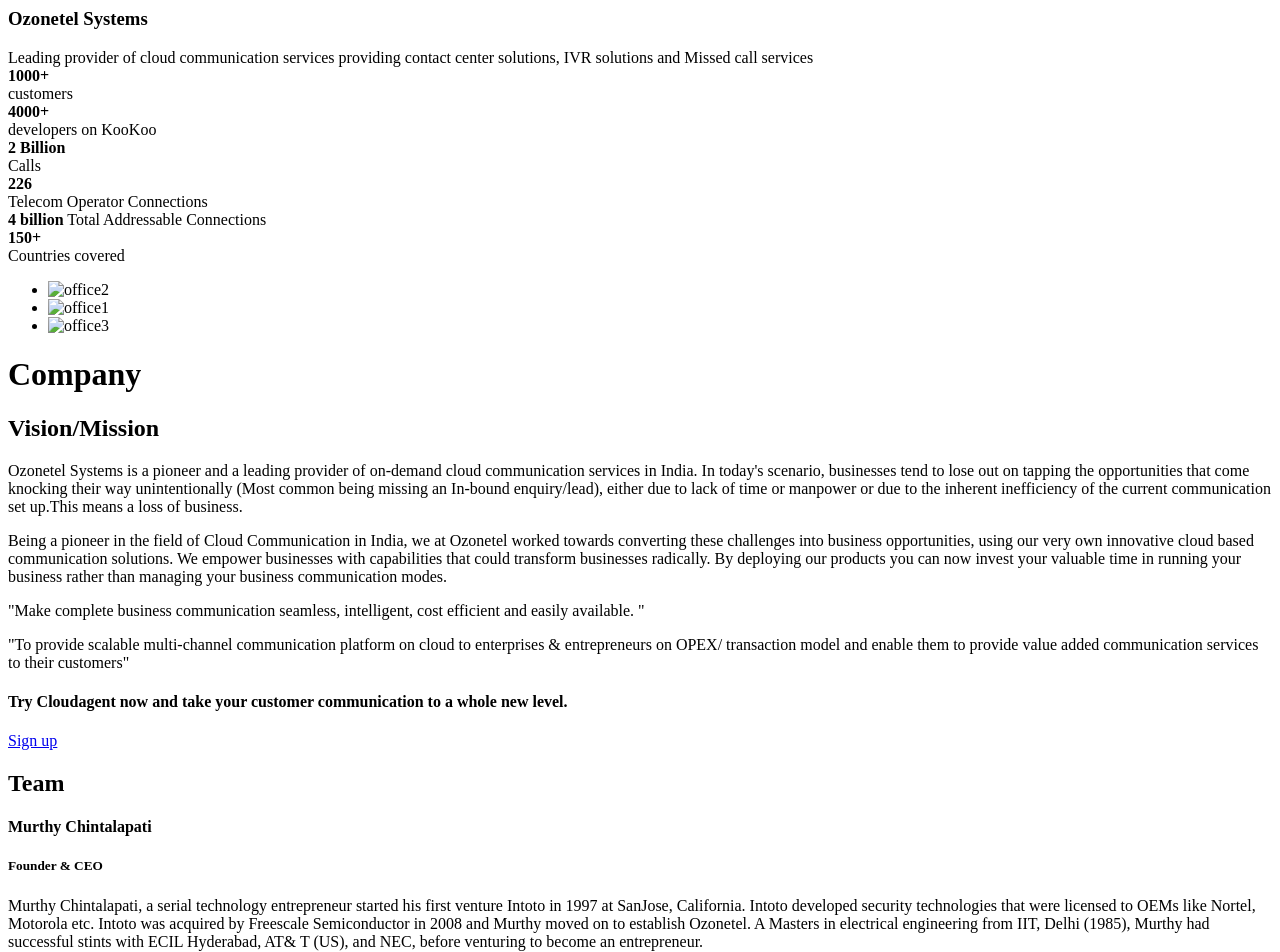
Repository: ashutosh238/ozonetelblogsite
Page: OzonetelBlogSiteFrontEnd/Web/c_aboutUs/AboutUs.html
These files come from the project's save history. The page is drawn as it stood at one moment and after the next save; the edit follows.
The browser window is 1280 px wide. The pictures show the part of the page from y = 0 to 952 px (the page is 2271 px tall before and 2122 px after).
A picture or video elsewhere on the page could not be fetched, so the positions and the page height are approximate.

Above is the page before, as saved 2019-01-08 11:37:06.
Not found: OzonetelBlogSiteFrontEnd/Web/c_aboutUs/images/ozooffice1.png
Not found: OzonetelBlogSiteFrontEnd/Web/c_aboutUs/images/ozooffice2.png
Not found: OzonetelBlogSiteFrontEnd/Web/c_aboutUs/images/ozooffice3.png

### OzonetelBlogSiteFrontEnd/Web/c_aboutUs/AboutUs.html
<div id="slider">
		<div class="container">
			<div class="row header">
				<div class="col-md-12">
					<h3>Ozonetel Systems</h3>
					<div>
						Leading provider of cloud communication services providing contact center solutions, IVR solutions and Missed call services
					</div>

				</div>
			</div>
			<div id="info">
				<div class="row stats">
					<div class="col-sm-2">
						<strong>1000+</strong><br/>
						customers
					</div>
					<div class="col-sm-2">
						<strong>4000+</strong><br/>
						developers on KooKoo
					</div>
					<div class="col-sm-2">
						<strong>2 Billion</strong><br/>
						Calls
					</div>
					<div class="col-sm-2">
						<strong>226</strong><br/>
						Telecom Operator Connections
					</div>
					<div class="col-sm-2">
						<strong>4 billion</strong>
						 Total Addressable Connections
					</div>
					<div class="col-sm-2">
						<strong>150+</strong>
						<br/>Countries covered</div>
				</div>
			</div>
			<div class="row">
				<div class="col-md-12">
					<div class="flexslider">
					  	<ul class="slides">
						    <li>
						      	<img src="images/ozooffice2.png" alt="office2" />
						    </li>
						    <li>
						      	<img src="images/ozooffice1.png" alt="office1" />
						    </li>
						    <li>
						      	<img src="images/ozooffice3.png" alt="office3" />
						    </li>
					  	</ul>
					</div>
				</div>
			</div>
		</div>
	</div>

	<div id="info">
		<div class="container">
			<div class="row">
				<div class="col-md-6">
					<h1>Company</h1>
				</div>
				<div class="col-md-6">
					<h2>Vision/Mission</h2>
				</div>
			</div>
			<div class="row">
				<div class="col-md-6">
					<p>
						Ozonetel Systems is a pioneer and a leading provider of on-demand cloud communication services in India.
						In today's scenario, businesses tend to lose out on tapping the opportunities that come knocking their
						way unintentionally (Most common being missing an In-bound enquiry/lead),
						either due to lack of time or manpower or due to the inherent inefficiency of the current
						communication set up.This means a loss of business.
					</p>
					<p>
						Being a pioneer in the field of Cloud Communication in India,
						we at Ozonetel worked towards converting these challenges into business opportunities,
						using our very own innovative cloud based communication solutions.
						We empower businesses with capabilities that could transform businesses radically.
						By deploying our products you can now invest your valuable time in running your business rather
						than managing your business communication modes.
					</p>
				</div>
				<div class="col-md-6">
					<!--<p>Vision</p>-->
					<p>
						"Make complete business communication seamless,
 intelligent, cost efficient and easily available.
"
					</p>
					<!--<p>Mission</p>-->
					<p>"To provide scalable multi-channel
						communication platform on cloud to
						enterprises &
						entrepreneurs on OPEX/
						transaction model and enable
						them to provide value
						added communication services to their
						customers"
					</p>
					<!--<a href="aboutus.html#" class="join-team button button-small">Join our team</a>-->
				</div>
			</div>


			<div id="cta">
				<div class="container">
					<div class="row">
						<div class="col-md-12">
							<div class="wrapper clearfix">
								<h4>Try Cloudagent now and take your customer communication to a whole new level.</h4>
								<a href="signup.html" class="button button-small">Sign up</a>
							</div>
						</div>
					</div>
				</div>
			</div>

			<div class="row team">
				<!--<div class="col-md-12 team-row">
					<img src="images/testimonials/testimonial1.jpg" data-toggle="tooltip" title="Eric Smith - CEO" alt="testimonial" />
					<img src="images/testimonials/testimonial2.jpg" data-toggle="tooltip" title="Rachel Dawes - PM" alt="testimonial" />
					<img src="images/testimonials/testimonial3.jpg" data-toggle="tooltip" title="Henry Hill - Developer" alt="testimonial" />
					<img src="images/testimonials/testimonial4.jpg" data-toggle="tooltip" title="Ana Rich - Designer" alt="testimonial" />
					<img src="images/testimonials/testimonial7.jpg" data-toggle="tooltip" title="Jessica Welch - Designer" alt="testimonial" />
					<img src="images/testimonials/testimonial8.jpg" data-toggle="tooltip" title="Charly - iOS Developer" alt="testimonial" />
				</div>-->
				<div class="col-md-12 team-row">
					<!--<div class="col-md-12" style="background-image:linear-gradient(to bottom, #006DCC 1%, #064984 50%) !important">-->
					<div class="col-md-12">
						<h2>Team</h2>
					</div>
					<div class="col-md-6">
						<h4 class="text-primary">Murthy Chintalapati</h4>
						<h5 class="text-primary">Founder & CEO</h5>
						Murthy Chintalapati, a serial technology entrepreneur started his first venture Intoto in 1997 at
						SanJose, California. Intoto developed security technologies that were licensed to OEMs like Nortel, Motorola etc.
						Intoto was acquired by Freescale Semiconductor in 2008 and Murthy moved on to establish Ozonetel.
						A Masters in electrical engineering from IIT, Delhi (1985), Murthy had successful stints with ECIL Hyderabad,
						AT& T (US), and NEC, before venturing to become an entrepreneur.
					</div>
					<div class="col-md-6">
						<h4 class="text-primary">Atul Sharma</h4>
						<h5 class="text-primary">Co Founder & CTO</h5>
						Atul, a product architect, is the catalyst behind the KooKoo Enterprise platform.
						He comes with 14+ years of experience in building solutions in enterprise telecom space.
						His stints in the US with Avaya, AT&T and Tellme meant immense exposure to and vast experience
						in handling Lucent, Avaya, CISCO, Nortel & other Telecom products.
						Atul brings his deep domain knowledge of self service applications & Customer Interaction Management
						space to bear on the solutions and services that Ozonetel delivers
					</div>
					<div class="col-md-6">
						<h4 class="text-primary">Chaitanya Chokkareddy</h4>
						<h5 class="text-primary">CIO (Chief innovation officer)</h5>
						A true techno geek, Chaitanya can cook up new frameworks in a jiffy.
						He has worked on various technologies with telecom being his new passion.
						Within telecom, he is focused on leveraging Internet to deliver telecom solutions.
						A Masters graduate from the University of Florida in the US, Chaitanya brings years of diverse experience to
						his role at Ozonetel.
						He is on constant look out for new ways to innovate.
					</div>
					<div class="col-md-6">
						<h4 class="text-primary">Rajiv Bharathan</h4>
						<h5 class="text-primary">Sr. Vice President Sales</h5>
						Rajiv leads the effort of building Ozonetel's robust sales organization.
						Rajiv carries rich experience of 30+ years in the IT & Telecom industry encompassing Direct Sales,
						Channel Sales & Enterprise sales. He has a successful track record of working with organizations
						like HCL, Wipro & Reliance Communications. Prior to joining Ozonetel Rajiv was Executive
						Sr. Vice President & Head Vertical markets at Reliance Communications.
					</div>
					<div class="col-md-6">
						<h4 class="text-primary">Anurag Banerjee</h4>
						<h5 class="text-primary">CGO (Chief Growth Officer)</h5>
						Anurag Banerjee serves as the Growth guy at Ozonetel. His past includes scaling multiple startups to double digit millions in revenue and raising more than $30MM in venture capital.<br/>This came after a decade at American Express in New York, in various global leadership positions across the business, mostly running customer loyalty and big data businesses.  Supported by high performing teams,  Anurag's businesses contributed more than 20BB in top line growth.
					</div>
				</div>
			</div>

		</div>
	</div>


	<div id="info">
		<div class="container">
			<div class="row">
					<div class="col-md-12">
						<h1>Why Us</h1>
					</div>
			</div>
			<div class="row">
				<div class="col-md-12">
						<ul>
							<li>Experience in managing customer communications at scale</li>
							<li>Handling 10 million calls everyday</li>
							<li>Zero hardware installation and absolute mobility</li>
							<li>Zero setup cost</li>
							<li>Reduced Operational Cost</li>
							<li>Maximum uptime with multi-location call routing</li>
							<li>Dynamic Capacity Planning</li>
							<li>Facilitates distributed regional operation</li>
							<li>Call treatment in regional languages with regional context</li>
						</ul>
				</div>
			</div>
		</div>
	</div>

	<div id="footer">
		<div class="container">
			<div class="row">
				<div class="col-sm-3 copyright">
					Ozonetel Systems Pvt Ltd 2014
				</div>
				<div class="col-sm-6 menu">
					<ul>
	      				<li>
	          				<a href="Cloud-Communications-Features.html">Features</a>
	        			</li>
	        			<li>
	        				<a href="awards.html">Awards</a>
	        			</li>
	        			<li class="active">
	          				<a href="media.html">Media</a>
	        			</li>
	        			<li>
	          				<a href="http://ozonetel.zendesk.com">Support</a>
	        			</li>
	        			<li>
	          				<a href="blog.html">Blog</a>
	        			</li>
	      			</ul>
				</div>
				<div class="col-sm-3 social">
					<a href="http://www.twitter.com/OzonetelSystems">
						<img src="images/social/social-tw.png" alt="twitter" />
					</a>

				</div>
			</div>
		</div>
	</div>

After the next save:
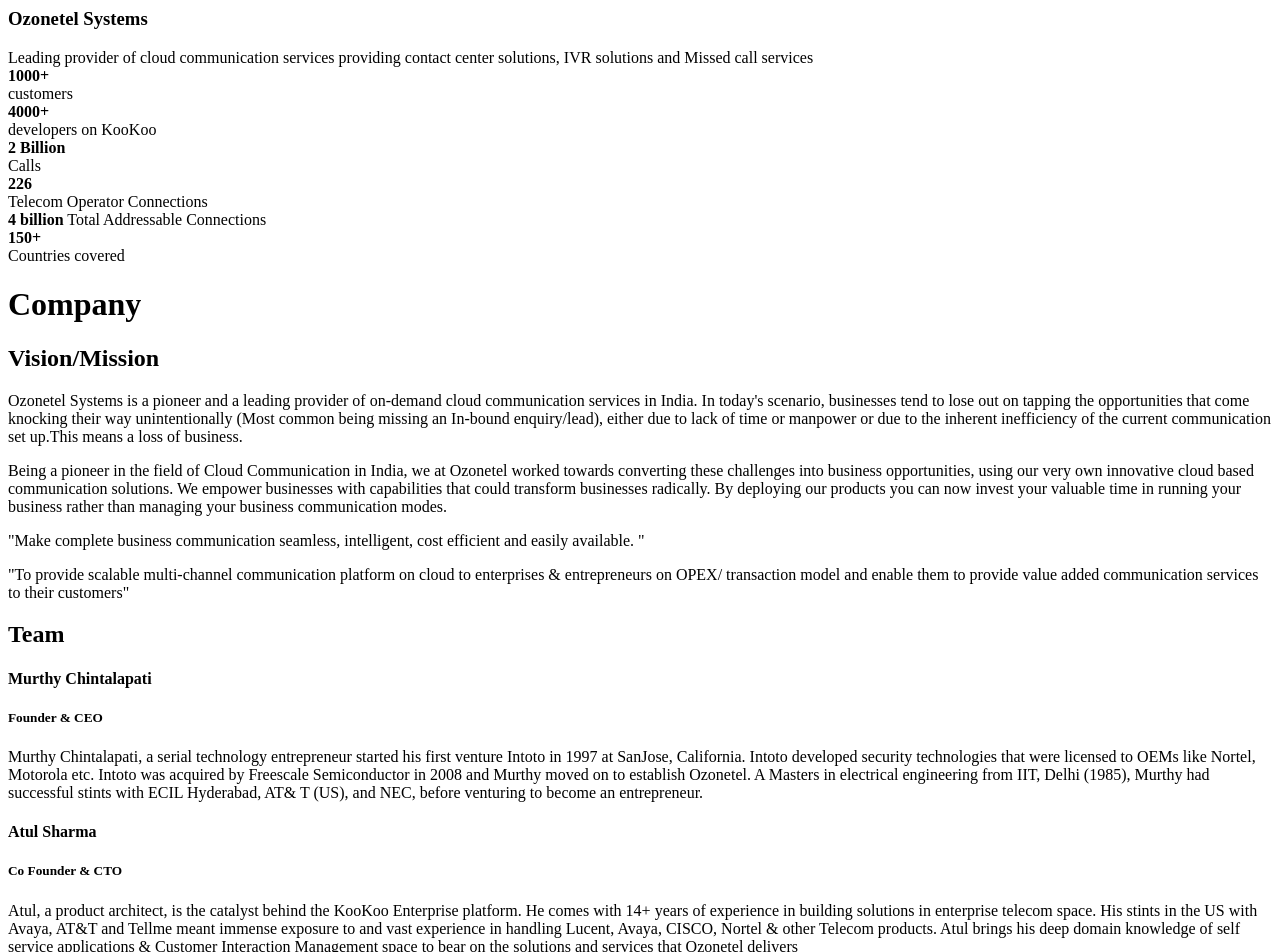
Saved 5 min 39 s later.
--- a/OzonetelBlogSiteFrontEnd/Web/c_aboutUs/AboutUs.html
+++ b/OzonetelBlogSiteFrontEnd/Web/c_aboutUs/AboutUs.html
@@ -36,25 +36,8 @@
 						<br/>Countries covered</div>
 				</div>
 			</div>
-			<div class="row">
-				<div class="col-md-12">
-					<div class="flexslider">
-					  	<ul class="slides">
-						    <li>
-						      	<img src="images/ozooffice2.png" alt="office2" />
-						    </li>
-						    <li>
-						      	<img src="images/ozooffice1.png" alt="office1" />
-						    </li>
-						    <li>
-						      	<img src="images/ozooffice3.png" alt="office3" />
-						    </li>
-					  	</ul>
-					</div>
-				</div>
-			</div>
-		</div>
-	</div>
+			</div>
+			</div>
 
 	<div id="info">
 		<div class="container">
@@ -106,28 +89,8 @@
 			</div>
 
 
-			<div id="cta">
-				<div class="container">
-					<div class="row">
-						<div class="col-md-12">
-							<div class="wrapper clearfix">
-								<h4>Try Cloudagent now and take your customer communication to a whole new level.</h4>
-								<a href="signup.html" class="button button-small">Sign up</a>
-							</div>
-						</div>
-					</div>
-				</div>
-			</div>
-
 			<div class="row team">
-				<!--<div class="col-md-12 team-row">
-					<img src="images/testimonials/testimonial1.jpg" data-toggle="tooltip" title="Eric Smith - CEO" alt="testimonial" />
-					<img src="images/testimonials/testimonial2.jpg" data-toggle="tooltip" title="Rachel Dawes - PM" alt="testimonial" />
-					<img src="images/testimonials/testimonial3.jpg" data-toggle="tooltip" title="Henry Hill - Developer" alt="testimonial" />
-					<img src="images/testimonials/testimonial4.jpg" data-toggle="tooltip" title="Ana Rich - Designer" alt="testimonial" />
-					<img src="images/testimonials/testimonial7.jpg" data-toggle="tooltip" title="Jessica Welch - Designer" alt="testimonial" />
-					<img src="images/testimonials/testimonial8.jpg" data-toggle="tooltip" title="Charly - iOS Developer" alt="testimonial" />
-				</div>-->
+
 				<div class="col-md-12 team-row">
 					<!--<div class="col-md-12" style="background-image:linear-gradient(to bottom, #006DCC 1%, #064984 50%) !important">-->
 					<div class="col-md-12">
